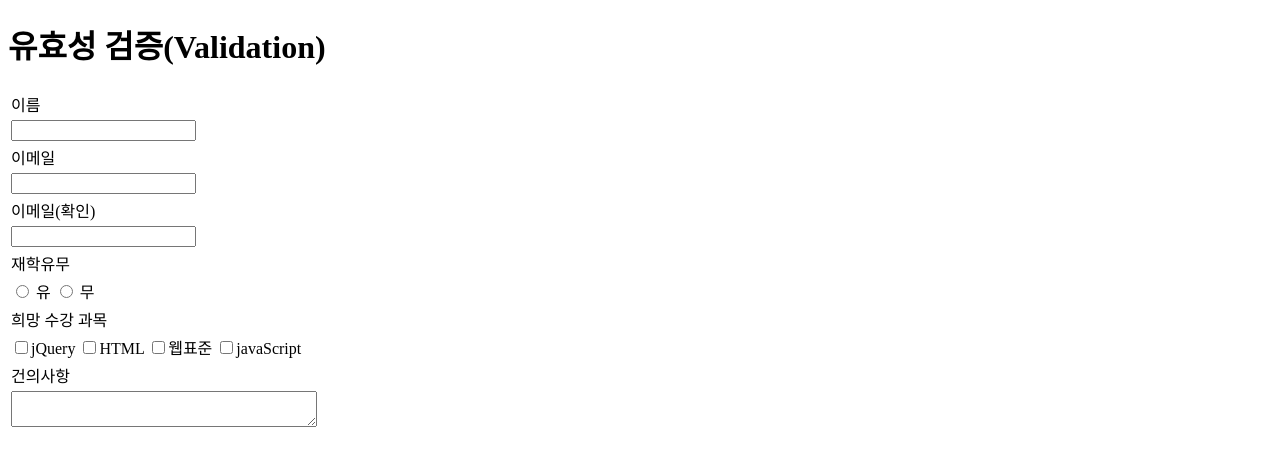
Repository: brotherdoor/myworkplace
Page: http://localhost/AjaxWithXML/validation.jsp
An editor plug-in stored every save of this project. The page is shown before and after the next save, followed by the edit.
The browser window is 1280 px wide. The pictures show the whole page.
Some web libraries are served in a nearby version. The page is served by Tomcat 9.

Above is the page before, as saved 2017-03-10 02:43:36.

After the next save:
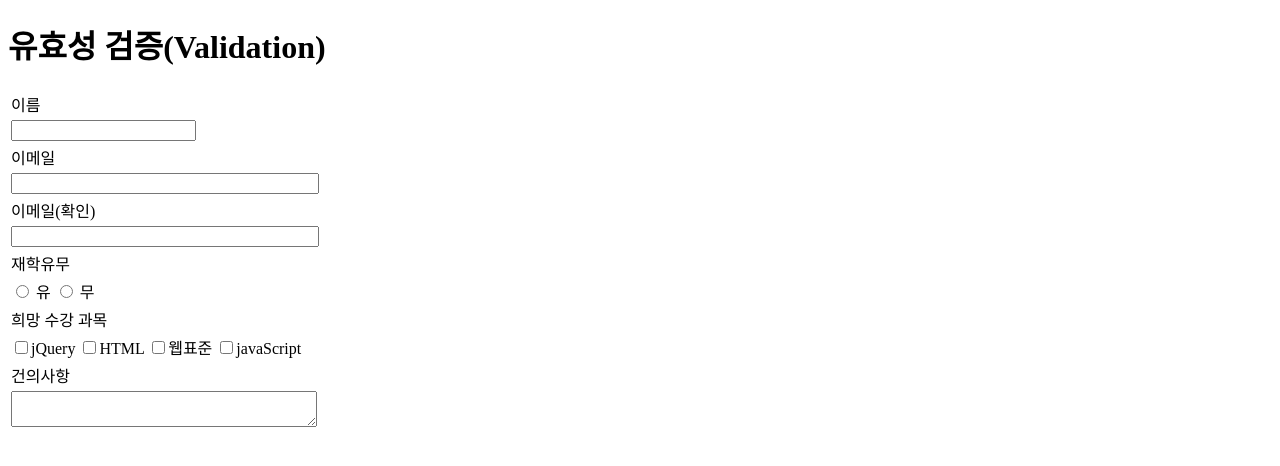
Saved 29 s later.
--- a/mybatis/AjaxWithXML/WebContent/validation.jsp
+++ b/mybatis/AjaxWithXML/WebContent/validation.jsp
@@ -15,9 +15,9 @@
 			<tr><td>이름</td></tr>
 			<tr><td><input type="text" id="name"></td></tr>
 			<tr><td>이메일</td></tr>
-			<tr><td><input type="text" id="name"></td></tr>
+			<tr><td><input type="text" id="name" style="width: 300px"></td></tr>
 			<tr><td>이메일(확인)</td></tr>
-			<tr><td><input type="text" id="name"></td></tr>
+			<tr><td><input type="text" id="name" style="width: 300px"></td></tr>
 			<tr><td>재학유무</td></tr>
 			<tr><td>
 				<input type="radio" name="school" id="yes">
